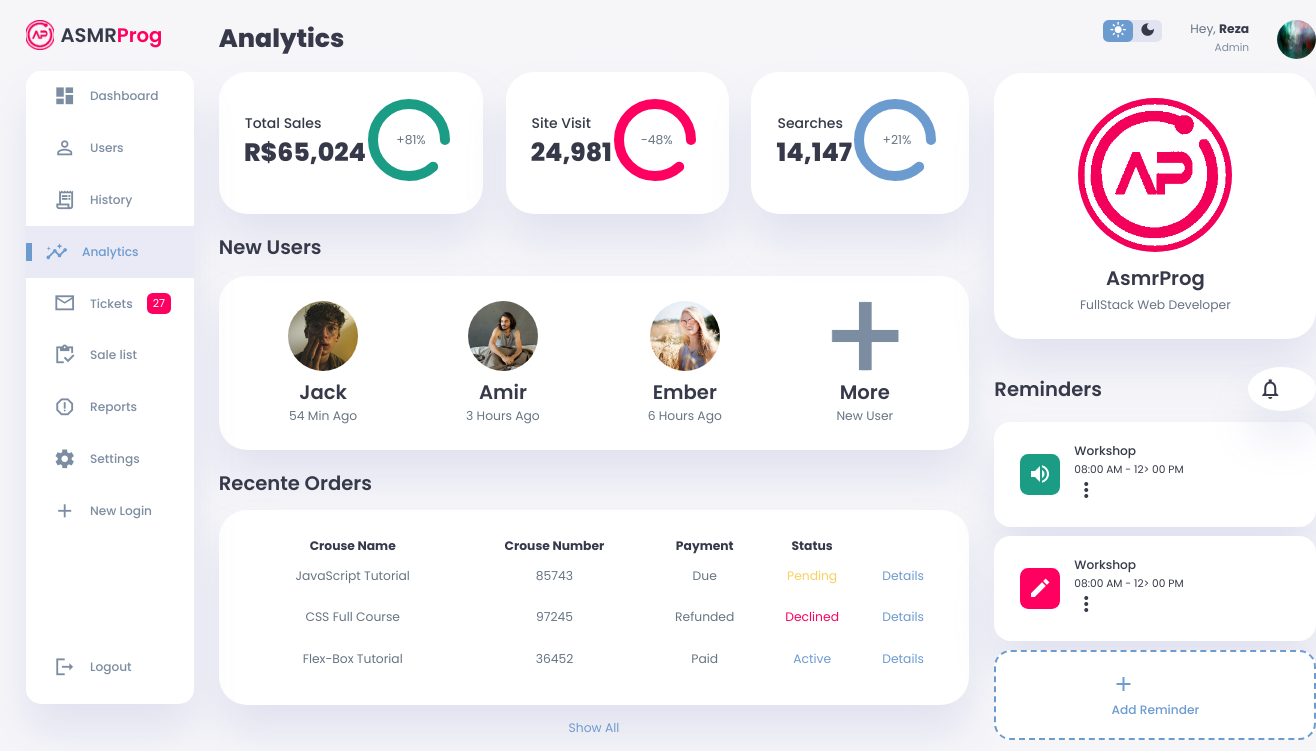
Repository: pheonix5/ProjetosRN-linux
Page: DashBoard/index.html
These files come from the project's save history. The page is drawn as it stood at one moment and after the next save; the edit follows.
The browser window is 1280 px wide. The page is 1316 px wide, so the pictures cover 1316 px, including what lies to the right of the window. The pictures show the whole page.
The pointer rests on the first visible `.right-section .reminders .add-reminder`.

Above is the page before, as saved 2023-08-06 03:10:25.

### DashBoard/index.html
<!DOCTYPE html>
<html lang="pt-br">

<head>
  <meta charset="UTF-8">
  <meta name="viewport" content="width=device-width, initial-scale=1.0">
  <link href="https://fonts.googleapis.com/icon?family=Material+Icons+Sharp" rel="stylesheet">
  <link rel="stylesheet" href="style.css">
  <title>Responsive Dashboard Design #1</title>
</head>

<body>

  <div class="container">
    <!-- Siderbar Section -->
    <aside>
      <div class="toggle">
        <div class="logo">
          <img src="images/logo.png">
          <h2>ASMR<span class="danger">Prog</span></h2>
        </div>
        <div class="close" id="close-btn">
          <span class="material-icons-sharp">
            close
          </span>
        </div>
      </div>

      <div class="sidebar">
        <a href="#">
          <span class="material-icons-sharp">
            dashboard
          </span>
          <h3>Dashboard</h3>
        </a>
        <a href="#">
          <span class="material-icons-sharp">
            person_outline
          </span>
          <h3>Users</h3>
        </a>
        <a href="#">
          <span class="material-icons-sharp">
            receipt_long
          </span>
          <h3>History</h3>
        </a>
        <a href="#" class="active">
          <span class="material-icons-sharp">
            insights
          </span>
          <h3>Analytics</h3>
        </a>
        <a href="#">
          <span class="material-icons-sharp">
            mail_outline
          </span>
          <h3>Tickets</h3>
          <span class="message_count">27</span>
        </a>
        <a href="#">
          <span class="material-icons-sharp">
            inventory
          </span>
          <h3>Sale list</h3>
        </a>
        <a href="#">
          <span class="material-icons-sharp">
            report_gmailerrorred
          </span>
          <h3>Reports</h3>
        </a>
        <a href="#">
          <span class="material-icons-sharp">
            settings
          </span>
          <h3>Settings</h3>
        </a>
        <a href="#">
          <span class="material-icons-sharp">
            add
          </span>
          <h3>New Login</h3>
        </a>
        <a href="#">
          <span class="material-icons-sharp">
            logout
          </span>
          <h3>Logout</h3>
        </a>
      </div>
    </aside>
    <!-- Fim da Seção do Sidebar-->

    <!-- Main Content-->
    <main>
      <h1>Analytics</h1>
      <!-- Analyses -->
      <div class="analyse">
        <div class="sales">
          <div class="status">
            <div class="info">
              <h3>Total Sales</h3>
              <h1>R$65,024</h1>
            </div>
            <div class="progresss">
              <svg>
                <circle cx="38" cy="38" r="36"></circle>
              </svg>
              <div class="percentage">
                <p>+81%</p>
              </div>
            </div>
          </div>
        </div>

        <div class="visits">
          <div class="status">
            <div class="info">
              <h3>Site Visit</h3>
              <h1>24,981</h1>
            </div>
            <div class="progresss">
              <svg>
                <circle cx="38" cy="38" r="36"></circle>
              </svg>
              <div class="percentage">
                <p>-48%</p>
              </div>
            </div>
          </div>
        </div>

        <div class="searches">
          <div class="status">
            <div class="info">
              <h3>Searches</h3>
              <h1>14,147</h1>
            </div>
            <div class="progresss">
              <svg>
                <circle cx="38" cy="38" r="36"></circle>
              </svg>
              <div class="percentage">
                <p>+21%</p>
              </div>
            </div>
          </div>
        </div>
      </div>
      <!-- End Of Analyses -->

      <!--  New Users Section -->
      <div class="new-users">
        <h2>New Users</h2>
        <div class="user-list">
          <div class="user">
            <img src="images/profile-2.jpg">
            <h2>Jack</h2>
            <p>54 Min Ago</p>
          </div>
          <div class="user">
            <img src="images/profile-3.jpg">
            <h2>Amir</h2>
            <p>3 Hours Ago</p>
          </div>
          <div class="user">
            <img src="images/profile-4.jpg">
            <h2>Ember</h2>
            <p>6 Hours Ago</p>
          </div>
          <div class="user">
            <img src="images/plus.png">
            <h2>More</h2>
            <p>New User</p>
          </div>
        </div>
      </div>
      <!-- End of New Users Section -->


      <!-- Recente Orders Table -->
      <div class="recent-orders">
        <h2>Recente Orders</h2>
        <table>
          <thead>
            <tr>
              <th>Crouse Name</th>
              <th>Crouse Number</th>
              <th>Payment</th>
              <th>Status</th>
              <th></th>
            </tr>
          </thead>
          <tbody>

          </tbody>
        </table>
        <a href="#">Show All</a>
      </div>
      <!-- End of Recent Orders -->

    </main>
    <!-- End of Main Content -->

    <!-- Right Section-->
    <div class="right-section">
      <div class="nav">
        <button id="menu-btn">
          <span class="material-icons-sharp">
            menu
          </span>
        </button>
        <div class="dark-mode">
          <span class="material-icons-sharp active">
            light_mode
          </span>
          <span class="material-icons-sharp">
            dark_mode
          </span>
        </div>

        <div class="profile">
          <div class="info">
            <p>Hey, <b>Reza</b></p>
            <small class="text-muted">Admin</small>
          </div>
          <div class="profile-photo">
            <img src="images/profile-1.jpg">
          </div>
        </div>

      </div>
      <!-- End of Nav -->

      <div class="user-profile">
        <div class="logo">
          <img src="images/logo.png">
          <h2>AsmrProg</h2>
          <p>FullStack Web Developer</p>
        </div>
      </div>

      <div class="reminders">
        <div class="header">
          <h2>Reminders</h2>
          <span class="material-icons-sharp">
            notifications_nones
          </span>
        </div>

        <div class="notification">
          <div class="icon">
            <span class="material-icons-sharp">
              volume_up
            </span>
          </div>
          <div class="content">
            <div class="info">
              <h3>Workshop</h3>
              <small class="text_muted">
                08:00 AM - 12> 00 PM
              </small>
            </div>
            <span class="material-icons-sharp">
              more_vert
            </span>
          </div>
        </div>

        <div class="notification deactive">
          <div class="icon">
            <span class="material-icons-sharp">
              edit
            </span>
          </div>
          <div class="content">
            <div class="info">
              <h3>Workshop</h3>
              <small class="text_muted">
                08:00 AM - 12> 00 PM
              </small>
            </div>
            <span class="material-icons-sharp">
              more_vert
            </span>
          </div>
        </div>

        <div class="notification add-reminder">
          <div>
            <span class="material-icons-sharp">
              add
            </span>
            <h3>Add Reminder</h3>
          </div>
        </div>

      </div>
    </div>


  </div>

  <script src="orders.js"></script>
  <script src="index.js"></script>
</body>

</html>

### DashBoard/style.css
@import url('https://fonts.googleapis.com/css2?family=Barlow:ital,wght@0,100;0,200;0,300;0,400;0,500;0,600;0,700;0,800;0,900;1,100;1,200;1,300;1,400;1,500;1,600;1,700;1,800;1,900&family=Poppins:wght@300;400;500;600;700;800&display=swap');

:root{
  --color-primary: #6C9BCF;
    --color-danger: #FF0060;
    --color-success: #1B9C85;
    --color-warning: #F7D060;
    --color-white: #fff;
    --color-info-dark: #7d8da1;
    --color-dark: #363949;
    --color-light: rgba(132, 139, 200, 0.18);
    --color-dark-variant: #677483;
    --color-background: #f6f6f9;

    --card-border-radius: 2rem;
    --border-radius-1: 0.4rem;
    --border-radius-2: 1.2rem;

    --card-padding: 1.8rem;
    --padding-1: 1.2rem;

    --box-shadow: 0 2rem 3rem var(--color-light);
}

.dark-mode-variables{
  --color-background: #181a1e;
    --color-white: #202528;
    --color-dark: #edeffd;
    --color-dark-variant: #a3bdcc;
    --color-light: rgba(0, 0, 0, 0.4);
    --box-shadow: 0 2rem 3rem var(--color-light);
}

*{
  margin: 0;
  padding: 0;
  outline: 0;
  appearance: 0;
  border: 0;
  text-decoration: none;
  box-sizing: border-box;
}

html{
  font-size: 14px;
}

body{
  width: 100vw;
  height: 100vh;
  font-family: 'Poppins', sans-serif;
  font-size: 0.88rem;
  user-select: none;
  overflow-x: hidden;
  color: var(--color-dark);
  background-color: var(--color-background);
}

a{
  color: var(--color-dark);
}

img{
  display: block;
  width: 100%;
  object-fit: cover;
}

h1{
  font-weight: 800;
  font-size: 1.8rem;
}

h2{
  font-weight: 600;
  font-size: 1.4rem;
}

h3{
  font-weight: 500;
  font-size: 0.87rem;
}

small{
  font-size: 0.76rem;
}

p{
  color: var(--color-dark-variant);
}

b{
  color: var(--color-dark);
}

.text-muted{
  color: var(--color-info-dark);
}

.primary{
  color: var(--color-primary);
}

.danger{
  color: var(--color-danger);
}

.sucess{
  color: var(--color-success);
}

.warning{
  color: var(--color-warning);
}

.container{
  display: grid;
  width: 96%;
  margin: 0 auto;
  gap: 1.8rem;
  grid-template-columns: 12rem auto 23rem;
}

aside{
  height: 100vh;
}

aside .toggle{
  display: flex;
  align-items: center;
  justify-content: space-between;
  margin-top: 1.4rem;
}

aside .toggle .logo{
  display: flex;
  gap: 0.5rem;
}

aside .toggle .logo img{
  width: 2rem;
  width: 2rem;
}

aside .toggle .close{
  padding-right: 1rem;
  display: none;
}

aside .sidebar{
  display: flex;
  flex-direction: column;
  background-color: var(--color-white);
  box-shadow: var(--box-shadow);
  border-radius: 15px;
  height: 88vh;
  position: relative;
  top: 1.5rem;
  transition: all 0.3s ease;
}

aside .sidebar:hover{
  box-shadow: none;
}

aside .sidebar a{
  display: flex;
  align-items: center;
  color:  var(--color-info-dark);
  height: 3.7rem;
  gap: 1rem;
  position: relative;
  margin-left: 2rem;
  transition: all 0.3s ease;
}

aside .sidebar a span{
  font-size: 1.6rem;
  transition: all 0.3s ease;
}

aside .sidebar a:last-child{
  position: absolute;
  bottom: 0.8rem;
  width: 100%;
}

aside .sidebar a.active{
  width: 100%;
  color: var(--color-primary);
  background-color: var(--color-light);
  margin-left: 0;
}

aside .sidebar a.active::before{
  content: '';
  width: 6px;
  height: 18px;
  background-color: var(--color-primary);
}

aside .sidebar a.active span{
  color: var(--color-primary);
  margin-left: calc(1rem -3px);
}

aside .sidebar a:hover{
  color: var(--color-primary);
}

aside .sidebar a:hover span{
  margin-left: 0.6rem;
}

aside .sidebar .message_count{
  background-color: var(--color-danger);
  padding: 2px 6px;
  color: var(--color-white);
  font-size: 11px;
  border-radius: var(--border-radius-1);
}

main{
  margin-top: 1.4rem;
}

main .analyse{
  display: grid;
  grid-template-columns: repeat(3, 1fr);
  gap: 1.6rem;
}

main .analyse > div{
  background-color: var(--color-white);
  padding: var(--card-padding);
  border-radius: var(--card-border-radius);
  margin-top: 1rem;
  box-shadow: var(--box-shadow);
  cursor: pointer;
  transition: all 0.3s ease;
}

main .analyse > div:hover{
  box-shadow: none;
}

main .analyse > div .status{
  display: flex;
  align-items: center;
  justify-content: space-between;
}


main .analyse h3{
  margin-left: .06rem;
  font-size: 1rem;
}

main .analyse .progresss{
  position: relative;
  width: 92px;
  height: 92px;
  border-radius: 50%;
}

main .analyse svg{
  width: 7rem;
  height: 7rem;
}

main .analyse svg circle{
  fill: none;
  stroke-width: 10;
  stroke-linecap: round;
  transform: translate(5px, 5px);
}

main .analyse .sales svg circle{
  stroke: var(--color-success);
  stroke-dashoffset: -30;
  stroke-dasharray: 200;
}

main .analyse .visits svg circle{
  stroke: var(--color-danger);
  stroke-dashoffset: -30;
  stroke-dasharray: 200;
}

main .analyse .searches svg circle{
  stroke: var(--color-primary);
  stroke-dashoffset: -30;
  stroke-dasharray: 200;
}

main .analyse .progresss .percentage{
  position: absolute;
  top: -3px;
  left: -1px;
  display: flex;
  align-items: center;
  justify-content: center;
  height: 100%;
  width: 100%;
}

main .new-users{
  margin-top: 1.3rem;
}

main .new-users .user-list{
  background-color: var(--color-white);
  padding: var(--card-padding);
  border-radius: var(--card-border-radius);
  margin-top: 1rem;
  box-shadow: var(--box-shadow);
  display: flex;
  justify-content: space-around;
  flex-wrap: wrap;
  gap: 1.4rem;
  transition: all 0.3s ease;
}

main .new-users .user-list:hover{
  box-shadow: none;
}

main .new-users .user-list .user{
  display: flex;
  flex-direction: column;
  align-items: center;
  justify-content: center;
}

main .new-users .user-list .user img{
  width: 5rem;
  height: 5rem;
  margin-bottom: 0.4rem;
  border-radius: 50%;
}

main .recent-orders{
  margin-top: 1.3rem;
}

main .recent-orders h2{
  margin-bottom: 0.8rem;
}

main .recent-orders table{
  background-color: var(--color-white);
  width: 100%;
  padding: var(--card-padding);
  text-align: center;
  box-shadow: var(--box-shadow);
  border-radius: var(--card-border-radius);
  transition: all 0.3s ease;
}

main .recent-orders table:hover{
  box-shadow: none;
}

main table tbody td{
  height: 2.8rem;
  border-bottom: 1px solid var(--color-white);
  color: var(--color-dark-variant);
}

main table tbody tr:last-child td{
  border: none;
}

main .recent-orders a{
  text-align: center;
  display: block;
  margin: 1rem auto;
  color:  var(--color-primary);
}

.right-section{
  margin-top: 1.4rem;
}

.right-section .nav{
  display: flex;
  justify-content: end;
  gap: 2rem;
}

.right-section .nav button{
  display: none;
}

.right-section .dark-mode{
  background-color: var(--color-light);
  display: flex;
  justify-content: space-between;
  align-items: center;
  height: 1.6rem;
  width: 4.2rem;
  cursor: pointer;
  border-radius: var(--border-radius-1);
}

.right-section .dark-mode span{
  font-size: 1.2rem;
  width: 50%;
  height: 100%;
  display: flex;
  align-items: center;
  justify-content: center;
}

.right-section .dark-mode span.active{
  background-color: var(--color-primary);
  color: white;
  border-radius: var(--border-radius-1);
}

.right-section .nav .profile{
  display: flex;
  gap: 2rem;
  text-align: right;
}
.right-section .nav .profile .profile-photo{
  width: 2.8rem;
  height: 2.8rem;
  border-radius: 50%;
  overflow: hidden;
}

.right-section .user-profile{
  display: flex;
  justify-content: center;
  text-align: center;
  margin-top: 1rem;
  background-color: var(--color-white);
  padding:  var(--card-padding);
  border-radius: var(--card-border-radius);
  box-shadow: var(--box-shadow);
  cursor: pointer;
  transition: all 0.3s ease;
}

.right-section .user-profile:hover{
  box-shadow: none;
}

.right-section .user-profile img{
  width: 11rem;
  height: auto;
  margin-bottom: 0.8rem;
  border-radius: 50%;
}

.right-section .user-profile h2{
  margin-bottom: 0.2rem;
}

.right-section .reminders{
  margin-top: 2rem;
}

.right-section .reminders .header{
  display: flex;
  align-items: center;
  justify-content: space-between;
  margin-bottom: 0.8rem;
}

.right-section .reminders .header span{
  padding: 10px;
  box-shadow: var(--box-shadow);
  background-color: var(--color-white);
  border-radius: 50%;
}

.right-section .reminders .notification{
  background-color: var(--color-white);
  display: flex;
  align-items: center;
  gap: 1rem;
  margin-bottom: 0.7rem;
  padding: 1.4rem var(--card-padding);
  border-radius: var(--border-radius-2);
  box-shadow: var(--box-shadow);
  cursor: pointer;
  transition: all 0.3s ease;
}

.right-section .reminders .notification:hover{
  box-shadow: none;
}

.recent-orders .reminders .notification .content{
  display: flex;
  justify-content: space-between;
  align-items: center;
  margin: 0;
  width: 100%;
}

.right-section .reminders .notification .icon{
  padding: 0.6rem;
  color:  var(--color-white);
  background-color: var(--color-success);
  border-radius: 20%;
  display: flex;
}

.right-section .reminders .notification.deactive .icon{
  background-color: var(--color-danger);
}

.right-section .reminders .add-reminder{
  background-color: var(--color-white);
  border: 2px dashed var(--color-primary);
  color: var(--color-primary);
  display: flex;
  align-items: center;
  justify-content: center;
  cursor: pointer;
}

### DashBoard/orders.js
const Orders = [
  {
    productName: 'JavaScript Tutorial',
    productNumber: '85743',
    paymentStatus: 'Due',
    status: 'Pending'
  },
  {
    productName: 'CSS Full Course',
    productNumber: '97245',
    paymentStatus: 'Refunded',
    status: 'Declined'
  },
  {
    productName: 'Flex-Box Tutorial',
    productNumber: '36452',
    paymentStatus: 'Paid',
    status: 'Active'
  },
]

### DashBoard/index.js
Orders.forEach(order => {
  const tr = document.createElement('tr');
  const trContent = `
    <td>${order.productName}</td>
    <td>${order.productNumber}</td>
    <td>${order.paymentStatus}</td>
    <td class="${order.status === 'Declined' ? 'danger' : order.status === 'Pending' ? 'warning' : 'primary'}">${order.status}</td>
    <td class="primary">Details</td>
  ` ;
  tr.innerHTML = trContent;
  document.querySelector('table tbody').appendChild(tr)
})

After the next save:
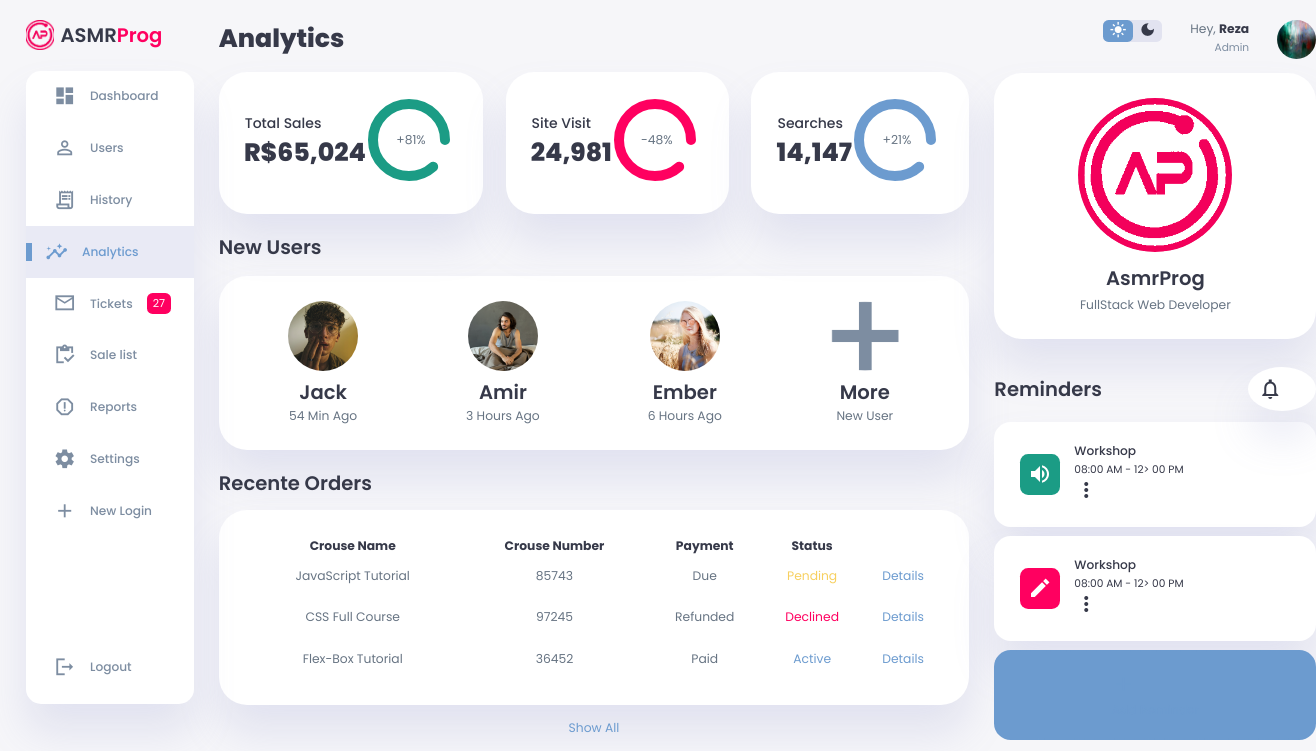
Saved 18 s later.
--- a/DashBoard/style.css
+++ b/DashBoard/style.css
@@ -522,3 +522,8 @@ main .recent-orders a{
   justify-content: center;
   cursor: pointer;
 }
+
+.right-section .reminders .add-reminder:hover{
+  background-color: var(--color-primary);
+
+}
